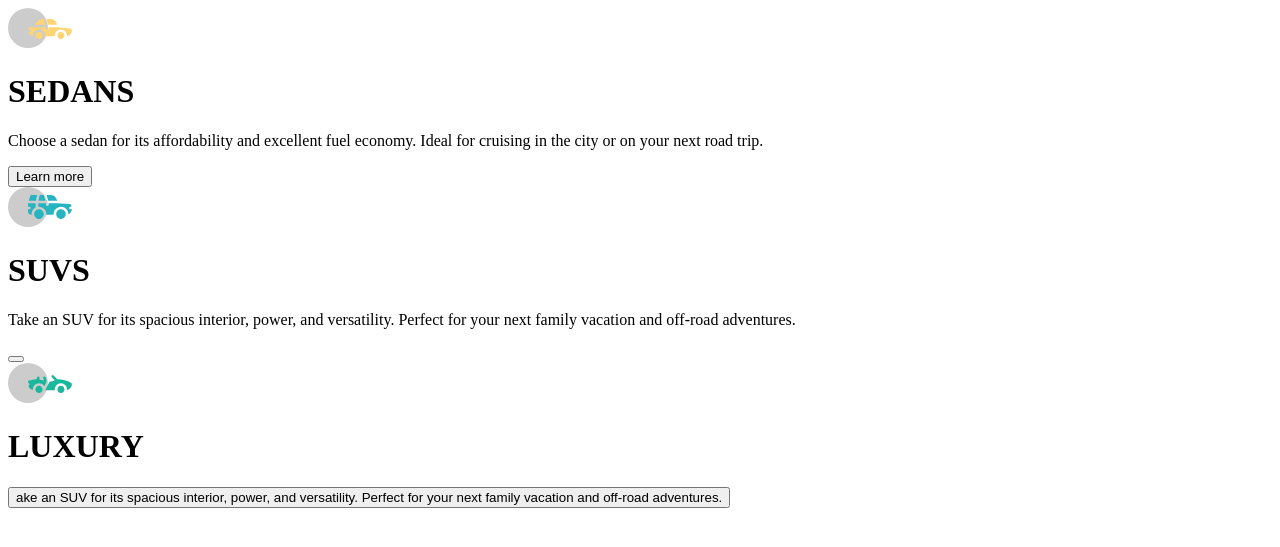
Repository: Pawan-pediredla/frontend-mentors
Page: 3-column-preview-card-component/3-column-preview-card-component-main/markup/index.html
The author's editor kept a copy of each file at every save. The page is drawn from the files as they stood at one save, then again after the next save.
The browser window is 1280 px wide. The pictures show the whole page.

Above is the page before, as saved 2024-06-22 12:48:43.

After the next save:
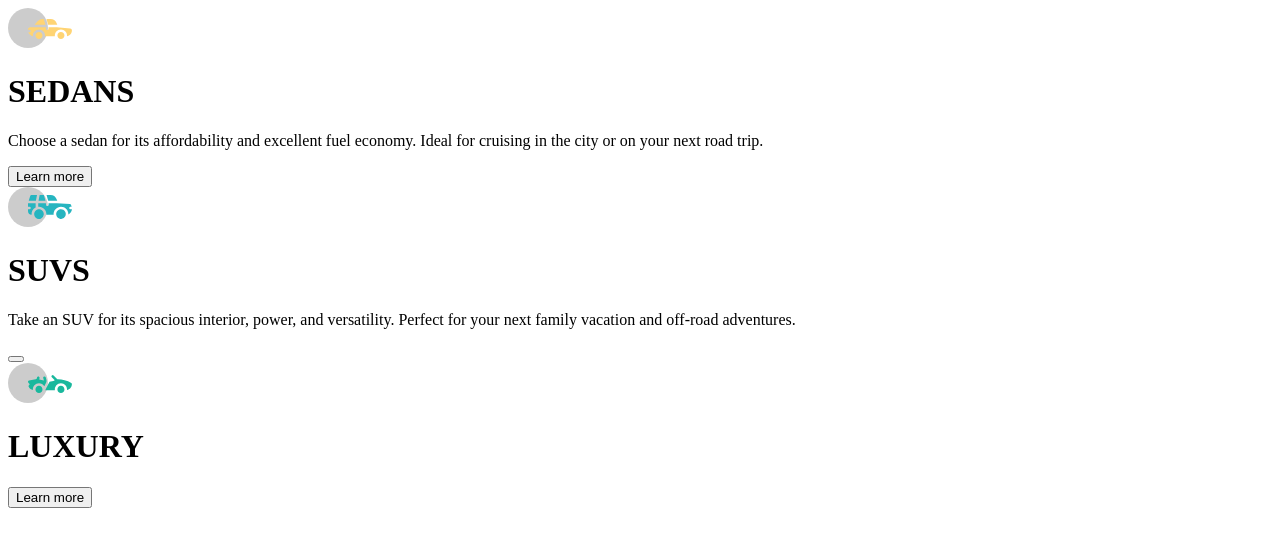
Saved 6 s later.
--- a/3-column-preview-card-component/3-column-preview-card-component-main/markup/index.html
+++ b/3-column-preview-card-component/3-column-preview-card-component-main/markup/index.html
@@ -38,8 +38,7 @@
       <img src="../images/icon-luxury.svg" alt="luxury-img"/>
       <h1>LUXURY</h1>
       <p></p>
-      <button class="luxuryb">ake an SUV for its spacious interior, power, and versatility. Perfect for your next family vacation
-        and off-road adventures.
+      <button class="luxuryb">Learn more
 
       </button>
     </div>
